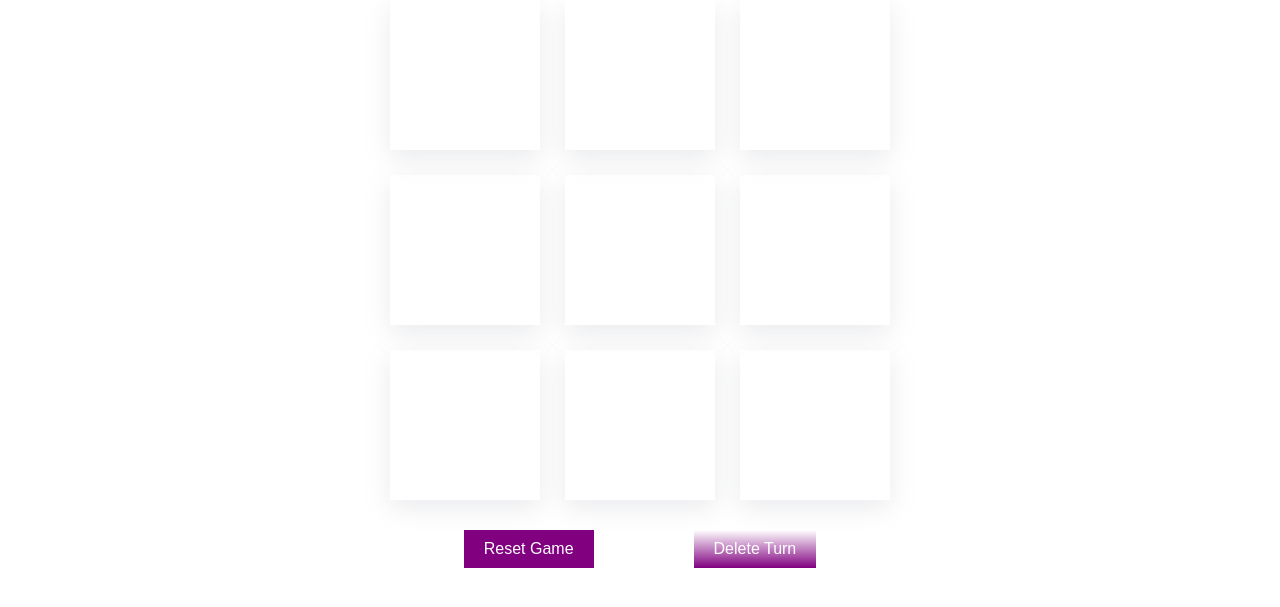
Repository: 16-Doffy/FE-Js
Page: /
The author's editor kept a copy of each file at every save. The page is drawn from the files as they stood at one save, then again after the next save.
The browser window is 1280 px wide. The pictures show the whole page.
The project was rebuilt for these pictures with package versions that can differ from the ones it lists, and the page was loaded fresh each time. Also part of the build but not shown: src/App.css, src/components/state/ToggleStyles.css, src/components/state/Toggle.js.

Above is the page before, as saved 2025-01-07 17:00:21.

### src/App.js
import "./App.css";
import Toggle from "./components/state/Toggle";
import Game from "./components/tictacle/Game";

function App() {
  return (
    <div>
      {/* <Toggle /> */}
      <Game />
    </div>
  );
}

export default App;
//children middle YtList

### src/components/tictacle/Game.js
import React, { useState } from 'react';
import Board from './Board';
import "./GameStyle.css";
import { calwinner } from '../../helper';
const Game = () => {
    const[board , setBoard] =useState(Array(9).fill(null));
    const [xIsNext , setXIsNext] = useState(true);
    const winner = calwinner(board);
    const handleClick = (index) => {
        const boardCoppy = [...board];
        if(winner || boardCoppy[index])
            return;
        boardCoppy[index] = xIsNext ? 'X' : 'O';

        setBoard(boardCoppy);
        setXIsNext((xIsNext) => !xIsNext);
    };
    const handleResetGame = () => {
        setBoard(Array(9).fill(null));
        setXIsNext(true); // luôn là X đầu
    }
    return (
        <div>
          <Board cells={board} onClick={handleClick}/>
         {winner && <div class="game-winner">
                Winner is {winner}
          </div>}
          <div class="button-ac">
          <button className='game-reset' onClick={handleResetGame}>Reset Game </button>
          <button className='game-resut' onClick={handleResetGame}>Delete Turn</button>
        </div>
        </div>
    );
};

export default Game;

### src/components/tictacle/Board.js
import React from "react";
import Cell from "./Cell";

const Board = (props) => {
  return (
    <div className="game-board">
      {props.cells.map((item, index) => (
        <Cell
         key={index}
        value={item}
        onClick={() => props.onClick(index)}
        className={ item === 'X' ? 'is-x' : item === 'O' ? 'is-o' : ""}
        />
      ))}
    </div>
  );
};

export default Board;

### src/components/tictacle/GameStyle.css
.game-board {
    margin: 0 auto;
    width: 500px;
    height: 500px;
    display: grid;
    grid-template-columns: repeat(3, 1fr);
    grid-template-rows: repeat(3, 1fr);
    gap: 25px;

}
.game-cell {
    cursor: pointer;
    display: flex;
    align-items: center;
    justify-content: center;
    font-size: 90px;
    box-shadow: rgb(149, 157, 166, 0.2) 0 8px 24px;
}
.game-cell.is-x {
    color: rgba(49, 49, 182, 0.678);
    background-image: linear-gradient(to bottom, rgba(255, 255, 255, 0.753), rgba(8, 8, 163, 0.521));
}
.game-cell.is-o {
    color: rgba(204, 176, 20, 0.952);
    background-image: linear-gradient(to bottom, rgba(255, 255, 255, 0.753), rgba(214, 105, 3, 0.521));
}
.game-reset {
    padding: 10px 20px;
    color: white;
    background-color: purple;
    font-size: 16px;
    border: none;
    outline: none;
}
.game-resut {
    padding: 10px 20px;
    color: white;
    background-image: linear-gradient(to bottom,white,purple);
    font-size: 16px;
    border: none;
    outline: none;
}
.game-winner{
    padding: 25px;
    width: 10%;
    font-size: 30px;
    padding-left: 400px;
    color: rgb(230, 17, 63);
    background-image: linear-gradient(to right,rgb(240, 4, 4),rgb(255, 250, 250));
}
.button-ac {
    display: flex;
    margin-top: 30px;
    align-items: center;
    justify-content: center;
    gap: 100px;
}

### src/helper.js
export function calwinner(cells) {
  const lines = [
    [0, 1, 2],
    [3, 4, 5],
    [6, 7, 8],
    [0, 3, 6],
    [1, 4, 7],
    [2, 5, 8],
    [0, 4, 8],
    [2, 4, 6],
  ];
  for (let index = 0; index < lines.length; index++) {
    const [a, b, c] = lines[index];
    if (cells[a] && cells[a] === cells[b] && cells[a] === cells[c]) {
      return cells[a];
    }
  }
  return null;
}

### src/components/tictacle/Cell.js
import React from "react";

const Cell = ({ value, onClick, className }) => {
  console.log(value, onClick);

  return (
    <div className={`game-cell ${className}`} onClick={onClick}>
      {value}
    </div>
  );
};

export default Cell;




// ex: const props = {
//     value: 'X',
//     onClick:() => value
// }
//ob destructuring
//   const student = {
//     name:'doffy',
//     age:'23'
// };
// const name = student.name;
// const age = student.age;
// const {name, age} = student;
// const Cell = (props) => {
//     const {value , onClick} =props;
//     console.log(value,onClick);

Loaded but not shown: public/index.html (common file); src/index.js (common file); src/index.css (common file); src/reportWebVitals.js (common file)

After the next save:
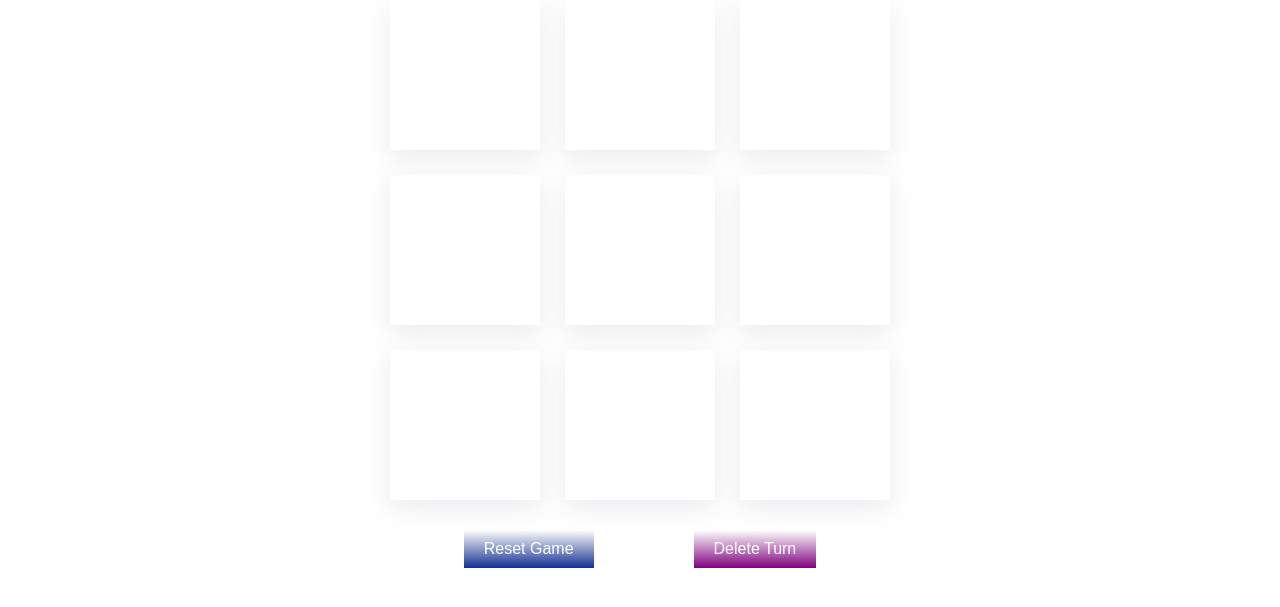
Saved 22 s later.
--- a/src/components/tictacle/GameStyle.css
+++ b/src/components/tictacle/GameStyle.css
@@ -27,7 +27,7 @@
 .game-reset {
     padding: 10px 20px;
     color: white;
-    background-color: purple;
+    background-image: linear-gradient(to bottom,white,rgb(18, 48, 146));
     font-size: 16px;
     border: none;
     outline: none;
